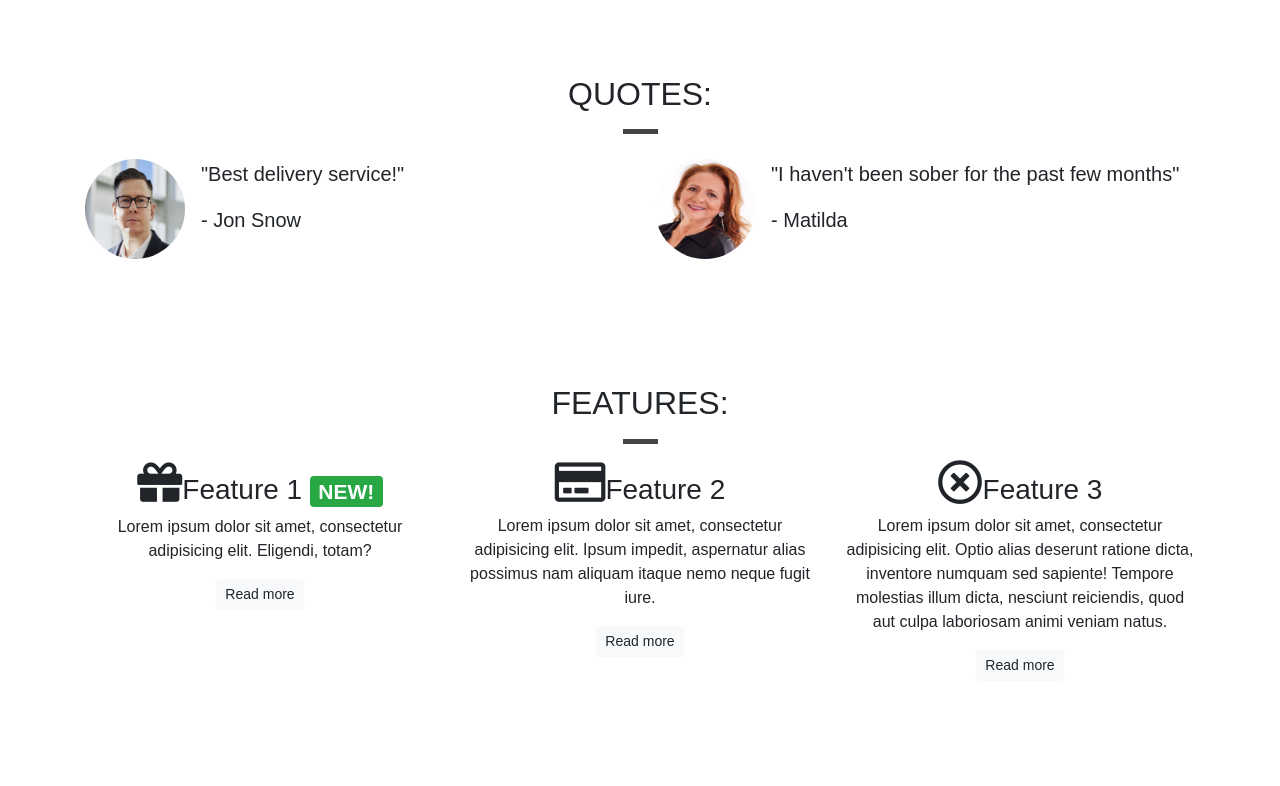
Repository: mkuti/Whiskey_website_using_Bootstrap
Page: index.html
The author's editor kept a record of every edit. The page is drawn from the files as they stood at one moment, then again after the next edit.
The browser window is 1280 px wide. The pictures show the part of the page from y = 720 to 1506 px (the page is 1506 px tall).
Backgrounds fixed to the window are drawn as part of the page. Some web fonts or font styles are not loaded; a fallback is used. Some web libraries are served in a nearby version.

Above is the page before.

### index.html
<!DOCTYPE html>
<html lang="en">

<head>
    <meta charset="UTF-8">
    <meta name="viewport" content="width=device-width, initial-scale=1.0">
    <title>Whiskey Drop | Taste a new whiskey every month</title>
    <link rel="stylesheet" href="https://maxcdn.bootstrapcdn.com/bootstrap/4.1.3/css/bootstrap.min.css">
    <link rel="stylesheet" href="https://use.fontawesome.com/releases/v5.6.1/css/all.css" integrity="sha384-gfdkjb5BdAXd+lj+gudLWI+BXq4IuLW5IT+brZEZsLFm++aCMlF1V92rMkPaX4PP" crossorigin="anonymous">

    <link href="https://fonts.googleapis.com/css?family=B612+Mono&display=swap" rel="stylesheet">
    <link rel="stylesheet" href="css/style.css" type="text/css" />
</head>

<body>

    <div class="container-fluid navalert-container">
        <!--alert sale-->
        <div class="container-fluid alert-container">
            <div class="row d-none d-sm-block">
                <div class="col-12">
                    <div class="site-wide-alert alert alert-warning">
                        <strong>Sale Now On!</strong> We've got a sale on. Get a 12-month subscription for the price of 6! <a href="">See here for details!</a>
                    </div>
                </div>
            </div>
        </div>
        <!-- nav -->
        <nav class="navbar navbar-dark navbar-expand-sm">
            <a href="/" class="navbar-brand">Whiskey Drop</a>
            <!-- button for smaller screens -->
            <button class="navbar-toggler ml-auto" type="button" data-toggle="collapse" data-target="#navbarNavDropdown" aria-controls="navbarNavDropdown" aria-expanded="false" aria-label="Toggle navigation">
            <span class="navbar-toggler-icon"></span></button>
            <!-- end button -->

            <!-- menu -->
            <div class="collapse navbar-collapse" id="navbarNavDropdown">
                <ul class="navbar-nav mr-auto">
                    <li class="active nav-item mr-2"><a class="nav-link" href="/">Home</a></li>
                    <li class="nav-item mr-2"><a class="nav-link" href="">About</a></li>
                    <li class="nav-item dropdown">
                        <a class="nav-link dropdown-toggle" href="#" id="navbarNavDropdownMenuLink" role="button" data-toggle="dropdown" aria-haspopup="true" aria-expanded="false">Whiskeys</a>
                        <div class="dropdown-menu" aria-labelledby="navbarNavDropdownMenuLink">
                            <a class="dropdown-item" href="#">Irish</a>
                            <a class="dropdown-item" href="#">Scottish</a>
                            <a class="dropdown-item" href="#">Japanese</a>
                            <a class="dropdown-item" href="#">American</a>
                        </div>
                    </li>
                    <li class="nav-item mr-2 d-block d-sm-none"><a class="nav-link" href="">Sign In / Sign Up</a></li>
                </ul>
            </div>
            <!-- .menu -->
            <!--sign up-->
            <div class="d-none d-md-block">
                <p class="navbar-text my-auto mr-2"><i>Great whiskey delivered to your door</i></p>
                <a href="/login" class="btn btn--cta btn--red">Sign In / Sign Up</a>
            </div>
            <!--</div>-->
        </nav>
    </div>
    <!--end nav-->

    <!-- call out section -->
    <div class="container-fluid callout-container">
        <div class="opaque-overlay">&nbsp;</div>
        <div class="row">
            <div class="col-12">
                <section class="callout jumbotron text-center">
                    <h1 class="jumbotron-header">The finest whiskeys delivered to your doorstep.</h1>
                    <hr class="block-divider block-divider--orange">
                    <p class="lead">Sign up today to start receiving the world's best whiskeys every month. <s class="d-none d-sm-inline">€19.99</s>
                        <span class="d-inline d-sm-none"><br></span>
                        <strong><mark>The first one is free!</mark></strong></p>
                    <button class="btn btn--cta btn--red" data-toggle="modal" data-target="#signUpModal">Sign up!</button>
                    <p class="text-muted"><small>You must be over 18 to use our services. Please drink responsibly.</small></p>
                </section>
            </div>
        </div>
    </div>
    <!--end call out-->
    <!-- Quotes -->
    <div class="container quotes-container content-container">
        <section class="quotes">
            <div class="col-12 page-header">
                <h2 class="text-uppercase">Quotes:</h2>
                <hr class="block-divider block-divider--short">
            </div>
            <div class="row">
                <div class="col-12 col-md-6">
                    <div class="media">
                        <div class="d-none d-sm-block">
                            <img src="Images/old-man.jpg" class="rounded-circle mr-3" height=100 width=100>
                        </div>
                        <div class="media-body">
                            <blockquote class="blockquote">
                                <p>"Best delivery service!"</p>
                                <p>- Jon Snow</p>
                            </blockquote>
                        </div>
                    </div>
                </div>
                <div class="col-12 col-md-6">
                    <div class="media">
                        <div class="d-none d-sm-block">
                            <img src="Images/old-woman.jpg" class="rounded-circle mr-3" height=100 width=100>
                        </div>
                        <div class="media-body">
                            <blockquote class="blockquote">
                                <p>"I haven't been sober for the past few months"</p>
                                <p>- Matilda</p>
                            </blockquote>
                        </div>
                    </div>
                </div>
            </div>
        </section>
    </div>
    <!--end quotes-->

    <!-- Features -->
    <div class="container features-container content-container">
        <section class="features">
            <div class="row">
                <div class="col-12 page-header">
                    <h2 class="text-uppercase">Features:</h2>
                    <hr class="block-divider block-divider--short">
                </div>
            </div>
            <div class="row">
                <div class="col-12 col-md-6 col-lg-4">
                    <div class="feature">
                        <h3><i class="fas fa-gift d-none d-sm-inline"></i>Feature 1 <span class="badge badge-success">NEW!</span></h3>
                        <p>Lorem ipsum dolor sit amet, consectetur adipisicing elit. Eligendi, totam?</p>
                        <p><a class="btn btn-sm btn-light" href="">Read more</a></p>
                    </div>
                </div>

                <div class="col-12 col-md-6 col-lg-4">
                    <div class=feature>
                        <h3><i class="far fa-credit-card d-none d-sm-inline"></i>Feature 2</h3>
                        <p>Lorem ipsum dolor sit amet, consectetur adipisicing elit. Ipsum impedit, aspernatur alias possimus nam aliquam itaque nemo neque fugit iure.</p>
                        <p><a class="btn btn-sm btn-light" href="">Read more</a></p>
                    </div>
                </div>

                <div class="col-12 d-md-none d-lg-block col-lg-4">
                    <div class="feature">
                        <h3><i class="far fa-times-circle d-none d-sm-inline"></i>Feature 3</h3>
                        <p>Lorem ipsum dolor sit amet, consectetur adipisicing elit. Optio alias deserunt ratione dicta, inventore numquam sed sapiente! Tempore molestias illum dicta, nesciunt reiciendis, quod aut culpa laboriosam animi veniam natus.</p>
                        <p><a class="btn btn-sm btn-light" href="">Read more</a></p>
                    </div>
                </div>
            </div>
        </section>
        <!--end features-->
    </div>


    <div class="modal" tabindex="-1" role="dialog" id="signUpModal">
        <div class="modal-dialog" role="document">
            <div class="modal-content">
                <div class="modal-header">
                    <h5 class="modal-title">Sign Up to Whiskey Drop</h5>
                    <button type="button" class="close" data-dismiss="modal" aria-label="Close">
          <span aria-hidden="true">&times;</span>
        </button>
                </div>
                <div class="modal-body">
                    <form>
                        <div class="form-group">
                            <label for="exampleInputEmail1">Email address</label>
                            <input type="email" class="form-control" id="exampleInputEmail1" aria-describedby="emailHelp" placeholder="Enter email">
                            <small id="emailHelp" class="form-text text-muted">We'll never share your email with anyone else.</small>
                        </div>
                        <div class="form-group">
                            <label for="password">Password</label>
                            <input type="password" class="form-control" id="password" placeholder="Password">
                        </div>
                        <div class="form-group">
                            <label for="repeatPassword">Repeat Password</label>
                            <input type="password" class="form-control" id="repeatPassword" placeholder="Repeat Password">
                        </div>
                        <button type="submit" class="btn btn-success">Submit</button>
                    </form>
                </div>
            </div>
        </div>
    </div>

    <script src="https://code.jquery.com/jquery-3.3.1.slim.min.js" integrity="sha384-q8i/X+965DzO0rT7abK41JStQIAqVgRVzpbzo5smXKp4YfRvH+8abtTE1Pi6jizo" crossorigin="anonymous"></script>
    <script src="https://cdnjs.cloudflare.com/ajax/libs/popper.js/1.14.3/umd/popper.min.js" integrity="sha384-ZMP7rVo3mIykV+2+9J3UJ46jBk0WLaUAdn689aCwoqbBJiSnjAK/l8WvCWPIPm49" crossorigin="anonymous"></script>
    <script src="https://stackpath.bootstrapcdn.com/bootstrap/4.1.3/js/bootstrap.min.js" integrity="sha384-ChfqqxuZUCnJSK3+MXmPNIyE6ZbWh2IMqE241rYiqJxyMiZ6OW/JmZQ5stwEULTy" crossorigin="anonymous"></script>

</body>

</html>

### css/style.css
body {
    font-family: 'Poppins', sans-serif;
}

.alert-container .col-12 {
    padding-left: 0;
    padding-right: 0;
    }

.site-wide-alert {
    border-radius: 0;
    margin-bottom: 0;
    padding: 5px 15px;
    background-color:#ffd85d;
    border-color: #ffd85d;
}

.callout-container {
    height: 100vh;
    background: url(../Images/whiskey.jpg) no-repeat bottom right fixed;
    -webkit-background-size: cover;
    -moz-background-size: cover;
    -o-background-size: cover;
    background-size: cover;

    display: flex;
    align-items: center;
    justify-content: center;
    position: relative;
    }

/*opaque overlay for the background image*/

.opaque-overlay {
  position: absolute;
  top: 0;
  left: 0;
  height: 100%;
  width: 100%;
  background: rgba(0, 0, 0, 0.5);
}

/*navbar*/

.navbar {
    margin-bottom: 0;
    border: 0;
    width: 100%;
    background-color: rgba(0, 0, 0, 0.25);
    }

.navalert-container {
    position: absolute;
    top: 0;
    left: 0;
    padding-left: 0;
    padding:right; 0;
    z-index: 1;
}

.navbar .navbar-toggler {
    border: 0;
}

.navbar-brand {
    font-weight: bold;
    }

.navbar .navbar-nav a {
    font-weight: bold;
}

/*page headers*/

.page-header {
    margin-bottom: 0;
    border-bottom: 0;
    text-align: center;
}

.page-header h2 {
    margin-top: 0;
}

.quotes .page-header {
    margin-bottom: 25px;
}

   /*containers*/

.content-container {
    margin-top: 75px;
    margin-bottom: 75px;
    }

.container.wrapper {

}

.container-wrapper--red {
    background-color: #c1340a;
    color: white;
    }

.quotes-container {}

.features-container {
    padding-top: 50px;
    }


/*block dividers*/

.block-divider {
    width: 75px;
    height: 5px;
    border: 0;
    }

.block-divider--orange {
    background-color: #c1340a;
}

.block-divider--white {
    background-color: #fff;
}

.block-divider--short {
    width: 35px;
    background-color: #444;
}

/*jumbotron*/

.jumbotron {
    background-color: transparent;
}

.jumbotron-header {
    color: #fff;
    font-weight: bold;
    margin-top: 30px;
}

.jumbotron .lead {
    font-size: 1.25rem;
    font-weight: 300;
    margin: 25px 0;
    color: #949494;
}

.jumbotron small {
    font-size: 60%;
    font-style: italic;
    color: #e6e6e6;
}

/* buttons */

.btn--cta {
    font-weight:bold;
    border-radius:23px;
    width: 200px;
    }

.btn--red {
    color: white;
    border-color: #c1340a;
    background-color: #c1340a;
}

.btn--white {
    background-color: white;
    border-color: white;
    border-radius: 15px;
    color: #c1340a;
    min-width: 100px;
    margin-top: 10px;
}

.btn--red:hover,
.btn--red:active,
.btn--red:focus,
.btn--red:active:focus {
    border-color: #942909;
    background-color: #962605;
    color: white;
}

.btn--white:hover,
.btn--white:active,
.btn--white:focus,
.btn--white:active:focus {
    border-color: white;
    background-color: white;
    color: #000;
}

.badge--yellow {
    color: #c1340a;
    background-color: #ffd85d;
    border-radius: 5px;
}

.feature {
    text-align: center;
    margin-bottom: 30px;
    }

.feature i {
    margin-bottom: 20px;
    font-size: 45px;
    line-height: 45px;
}

.col-lg-4 {

After the next edit:
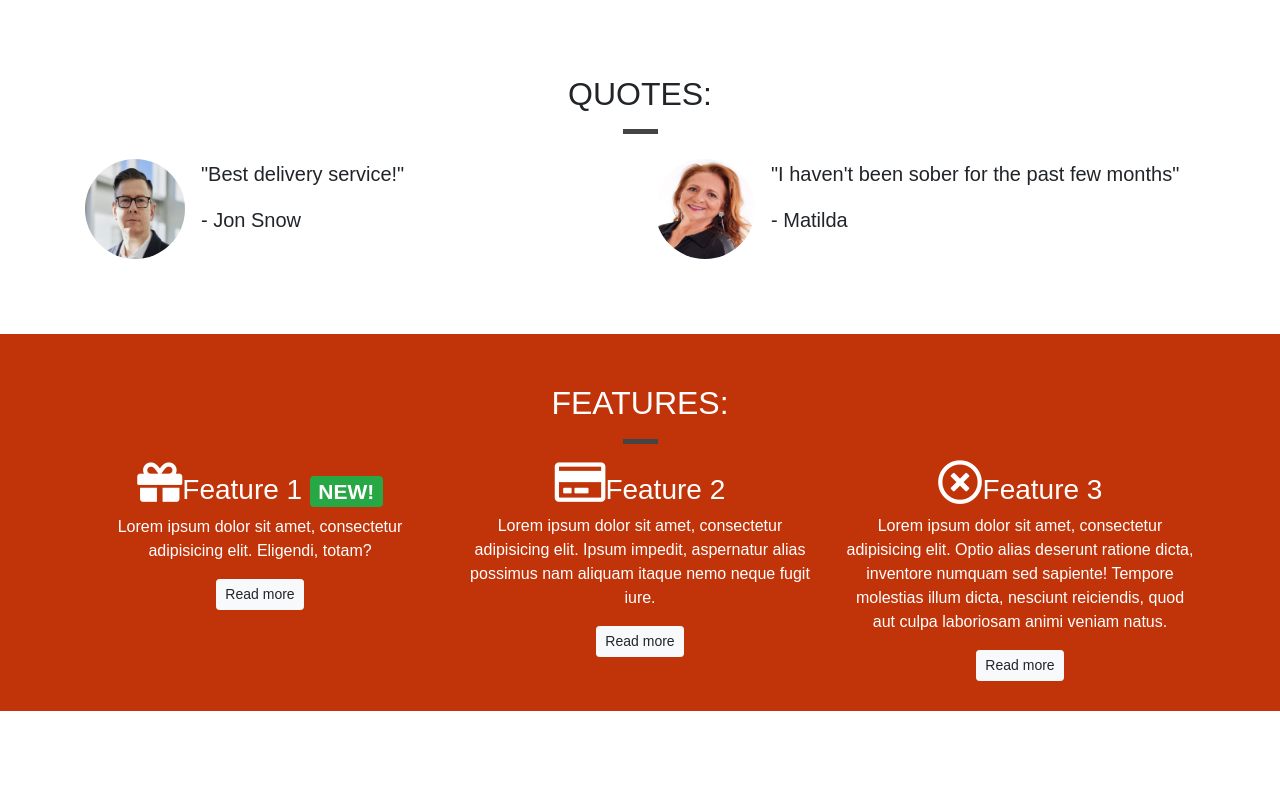
The edit:
--- a/index.html
+++ b/index.html
@@ -119,6 +119,7 @@
     <!--end quotes-->
 
     <!-- Features -->
+    <div class="container-wrapper container-wrapper--red">
     <div class="container features-container content-container">
         <section class="features">
             <div class="row">
